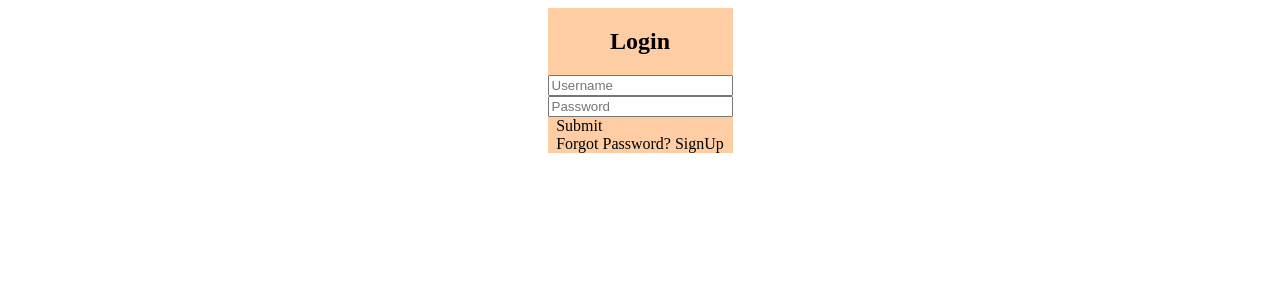
Repository: busra-kayaa/LoginPage
Page: login.html
An editor plug-in stored every save of this project. The page is shown before and after the next save, followed by the edit.
The browser window is 1280 px wide. The pictures show the whole page.

Above is the page before, as saved 2023-12-19 21:41:06.

### login.html
<!DOCTYPE html>
<html>
    <head>
        <title>Login Page</title>
        <link rel="stylesheet" href="./style.css" type="text/css"/>
    </head>
    <body>
        <div class="login-from-container">
            <h2>Login</h2>
            <div class="input-group">
                <i class="fa fa-user"></i>
                <input
                    type="text"
                    placeholder="Username"
                    class="input-text"
                    autocomplete="off"
                />
            </div>
            <div class="input-group">
                <i class="fa fa-unclok-alt"></i>
                <input
                    type="password"
                    placeholder="Password"
                    class="input-text"
                    autocomplete="off"
                />
            </div>
            <div>
                <div class="button-group" id="login-button">
                    <a>Submit</a>
                </div>
                <div class="fotter">
                    <a>Forgot Password?</a>
                    <a>SignUp</a>
                </div>
            </div>
        </div>
    </body>
</html>

### style.css
body {
    background-color:rgb(255, 255, 255);
    display: flex;
    flex-direction: row;
    align-items: center;
}
.login-from-container {
    background-color: rgb(255, 205, 164);
    display: flex;
    flex-direction: column;
    align-items: center;
    margin: auto;
}

After the next save:
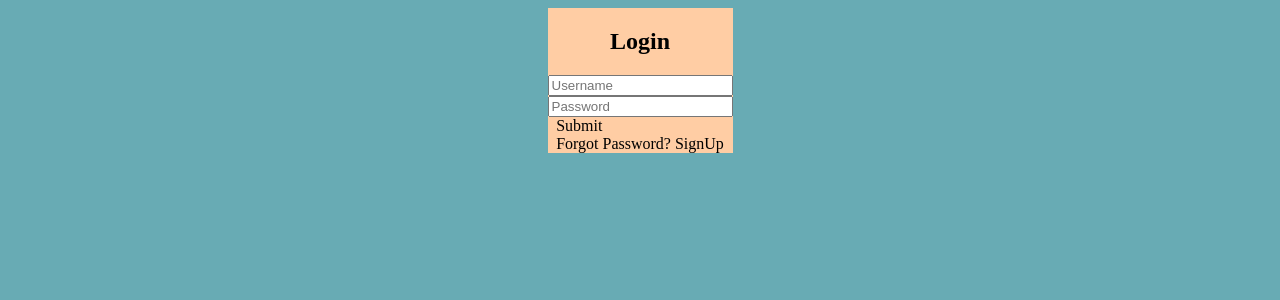
Saved 7 s later.
--- a/style.css
+++ b/style.css
@@ -1,5 +1,5 @@
 body {
-    background-color:rgb(255, 255, 255);
+    background-color:rgb(104, 171, 180);
     display: flex;
     flex-direction: row;
     align-items: center;

After the 3 saves that followed:
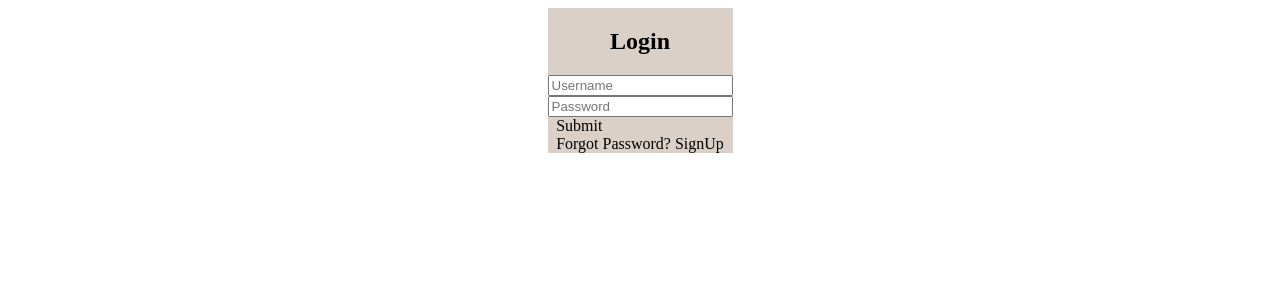
The 3 saves are shown as one change because 1 left the picture as it was and some came seconds apart.
The last was saved 19 s later.
--- a/style.css
+++ b/style.css
@@ -1,11 +1,12 @@
 body {
-    background-color:rgb(104, 171, 180);
+    background-color:rgb(255, 255, 255);
     display: flex;
     flex-direction: row;
     align-items: center;
+
 }
 .login-from-container {
-    background-color: rgb(255, 205, 164);
+    background-color: rgb(218, 208, 200);
     display: flex;
     flex-direction: column;
     align-items: center;
